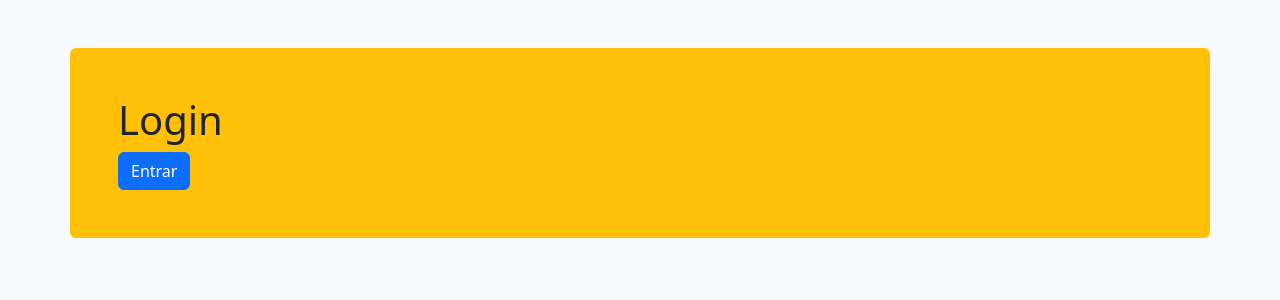
Repository: gabrielwodtke282/PetShop-fofinhos
Page: front-end/index.html
The author's editor kept a copy of each file at every save. The page is drawn from the files as they stood at one save, then again after a run of saves.
The browser window is 1280 px wide. The pictures show the whole page.

Above is the page before, as saved 2026-03-23 09:24:54.

### front-end/index.html
<!DOCTYPE html>
<html lang="pt-BR">
<head>
    <meta charset="UTF-8">
    <meta name="viewport" content="width=device-width, initial-scale=1.0">
    <title>Fofinhos Petshop</title>

    <link href="https://cdn.jsdelivr.net/npm/bootstrap@5.3.8/dist/css/bootstrap.min.css" rel="stylesheet">
</head>
<body class="bg-light">

    <div class="container bg-warning rounded p-5 mt-5">
        <h1>Login</h1>
        <button class="btn btn-primary">Entrar</button>
    </div>

</body>
</html>

After the next 7 saves:
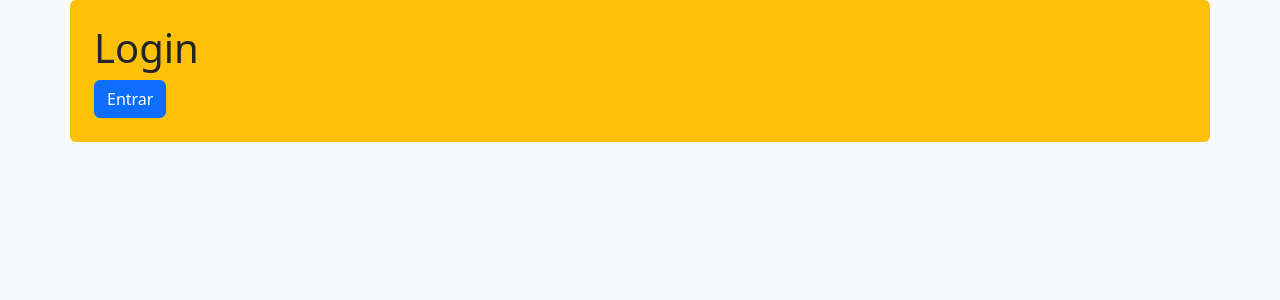
The 7 saves are shown as one change because they came seconds apart.
The last was saved 18 s later.
--- a/front-end/index.html
+++ b/front-end/index.html
@@ -9,7 +9,7 @@
 </head>
 <body class="bg-light">
 
-    <div class="container bg-warning rounded p-5 mt-5">
+    <div class="container bg-warning rounded p-4 mt-10">
         <h1>Login</h1>
         <button class="btn btn-primary">Entrar</button>
     </div>
